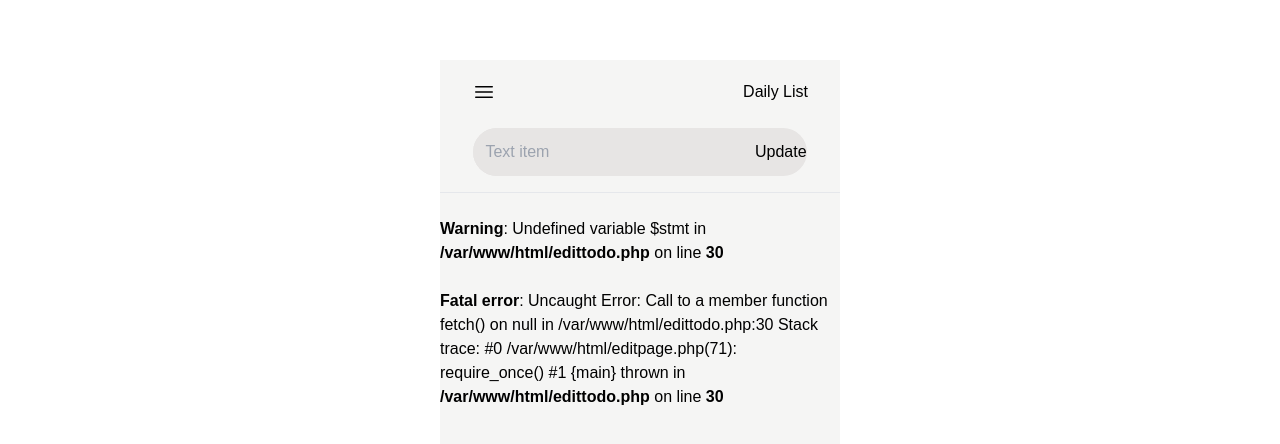
Repository: hsumyatm7308/TodolistbyPHP
Page: http://localhost/editpage.php
An editor plug-in stored every save of this project. The page is shown before and after a run of saves, followed by the edit.
The browser window is 1280 px wide. The pictures show the whole page.
Some web libraries are served in a nearby version. The page is run by PHP 8.4 with error messages shown; the project is at /var/www/html/.

Above is the page before, as saved 2023-07-11 22:51:40.

After the next 2 saves:
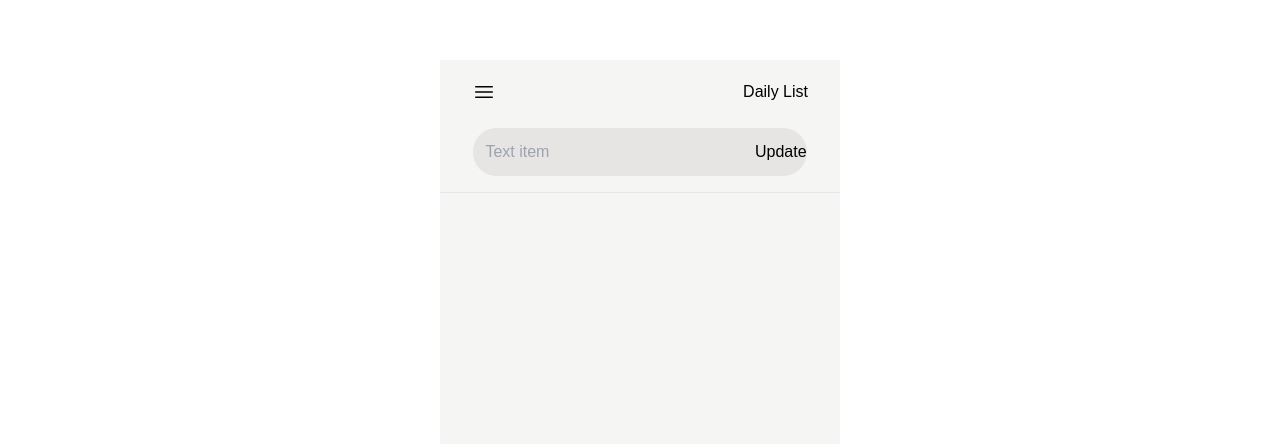
The 2 saves are shown as one change because they came seconds apart.
The last was saved 24 s later.
--- a/edittodo.php
+++ b/edittodo.php
@@ -15,49 +15,12 @@ if ($_SERVER["REQUEST_METHOD"] === "POST") {
             echo "Found Error: " . $e->getMessage();
         }
 
-        // while ($row = $stmt->fetch()) {
-        //     echo $row['id'] . " - " . $row['task']; // Display the fetched data as per your requirement
-        // }
+        while ($row = $stmt->fetch()) {
+            echo $row['id'] . " - " . $row['task']; // Display the fetched data as per your requirement
+        }
     }
 }
 
 
 
 ?>
-
-
-
-<?php while ($row = $stmt->fetch()): ?>
-    <div name="taskitems" class="w-full h-auto flex justify-center items-center p-1">
-        <div class="w-[85%] h-auto bg-stone-200 flex justify-between items-center p-3">
-            <span>
-                <button class="complete-check">
-                    <i class="fa-regular fa-circle-check"></i>
-                </button>
-                <span class="ml-1">
-                    <?php echo $row['task'] ?>
-                </span>
-            </span>
-            <div class="flex justify-center items-center">
-                <form action="editpage.php" class="edit-form" method="post">
-                    <a href="editpage.php?id=<?php echo $row['id']; ?>" class="mr-4" type="submit" name="edit-task" value="<?php echo $row['id']; ?>">
-                        <svg xmlns="http://www.w3.org/2000/svg" fill="none" viewBox="0 0 24 24" stroke-width="1.5"
-                            stroke="currentColor" class="w-6 h-6">
-                            <path stroke-linecap="round" stroke-linejoin="round"
-                                d="M16.862 4.487l1.687-1.688a1.875 1.875 0 112.652 2.652L10.582 16.07a4.5 4.5 0 01-1.897 1.13L6 18l.8-2.685a4.5 4.5 0 011.13-1.897l8.932-8.931zm0 0L19.5 7.125M18 14v4.75A2.25 2.25 0 0115.75 21H5.25A2.25 2.25 0 013 18.75V8.25A2.25 2.25 0 015.25 6H10" />
-                        </svg>
-                    </a>
-                </form>
-                <form action="deletetodo.php" method="post" class="flex justify-center items-center">
-                    <button type="submit" name="delete-task" value="<?php echo $row['id']; ?>" class="delete-task">
-                        <svg xmlns="http://www.w3.org/2000/svg" fill="none" viewBox="0 0 24 24" stroke-width="1.5"
-                            stroke="currentColor" class="w-6 h-6">
-                            <path stroke-linecap="round" stroke-linejoin="round"
-                                d="M14.74 9l-.346 9m-4.788 0L9.26 9m9.968-3.21c.342.052.682.107 1.022.166m-1.022-.165L18.16 19.673a2.25 2.25 0 01-2.244 2.077H8.084a2.25 2.25 0 01-2.244-2.077L4.772 5.79m14.456 0a48.108 48.108 0 00-3.478-.397m-12 .562c.34-.059.68-.114 1.022-.165m0 0a48.11 48.11 0 013.478-.397m7.5 0v-.916c0-1.18-.91-2.164-2.09-2.201a51.964 51.964 0 00-3.32 0c-1.18.037-2.09 1.022-2.09 2.201v.916m7.5 0a48.667 48.667 0 00-7.5 0" />
-                        </svg>
-                    </button>
-                </form>
-            </div>
-        </div>
-    </div>
-<?php endwhile; ?>
